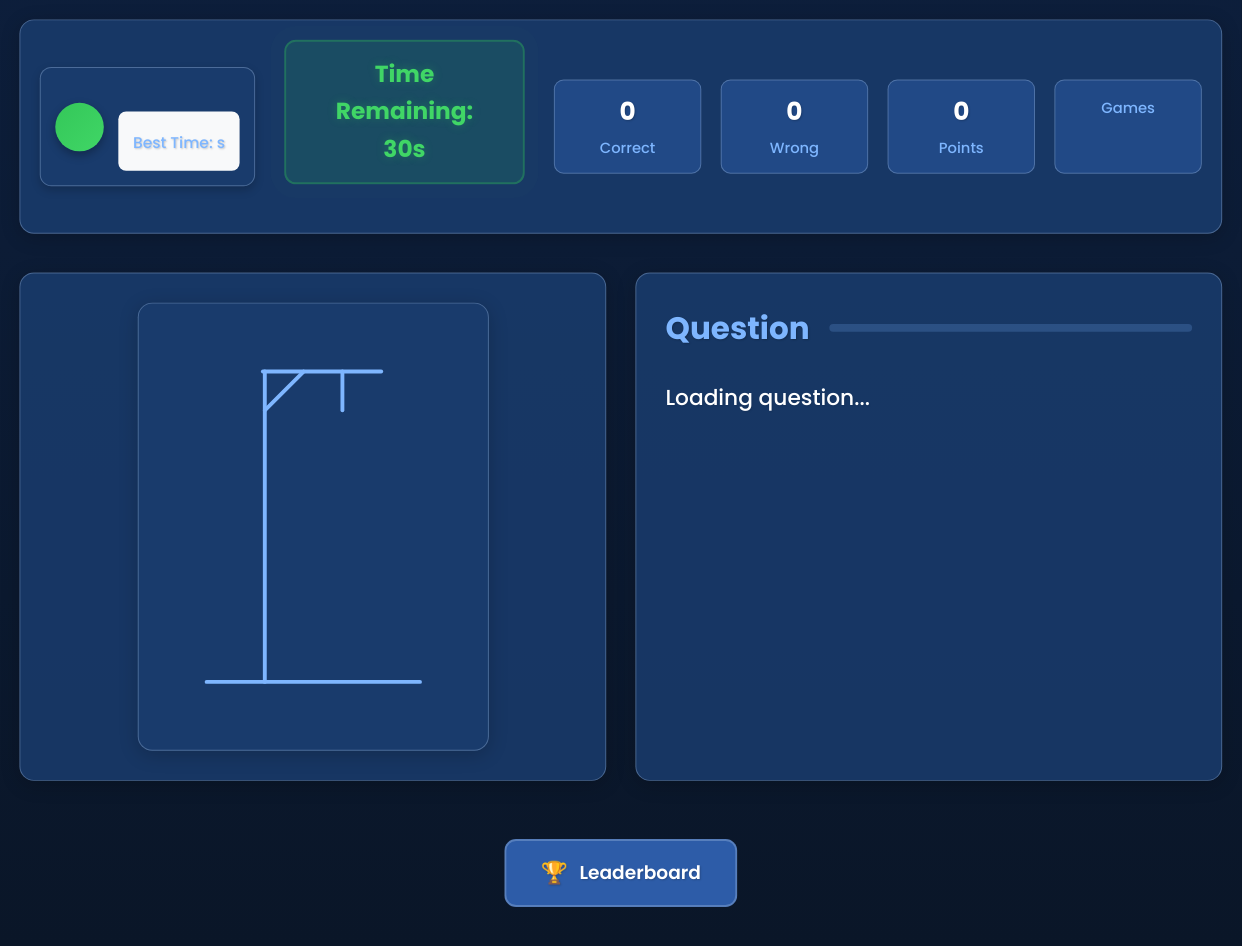
Repository: Team-4i/iks
Page: hang/templates/hang/game.html
The author's editor kept a copy of each file at every save. The page is drawn from the files as they stood at one save, then again after the next save.
The browser window is 1280 px wide. The pictures show the whole page, at 97% of full size.
The template is drawn by Django 5.2. The application's start-up code is not run. The template is opened directly, without the code that normally fills it, so the values that code supplies are empty.

Above is the page before, as saved 2025-04-19 04:48:48.
Console error: SyntaxError: Unexpected token ','

After the next save:
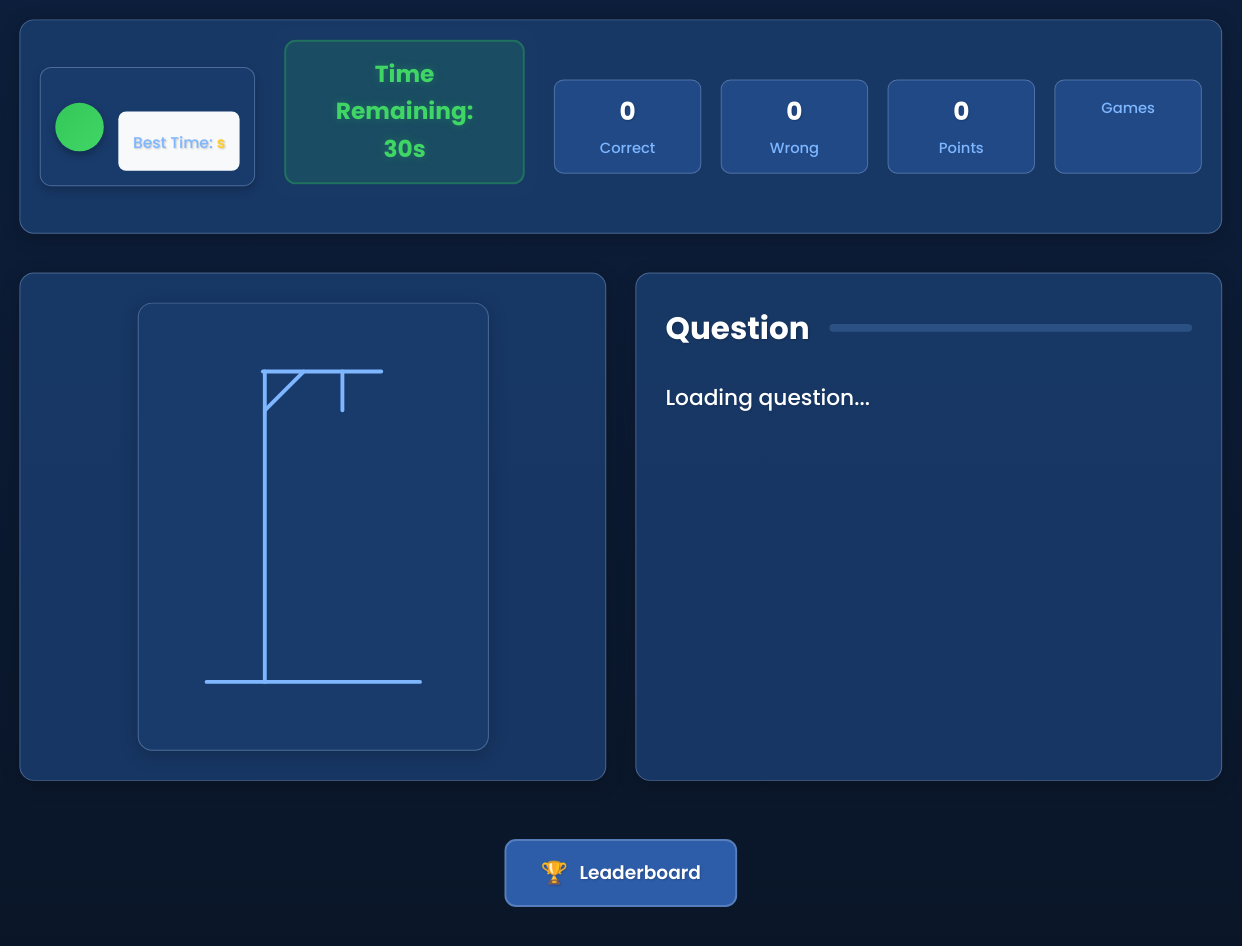
Saved 16 s later.
--- a/hang/templates/hang/game.html
+++ b/hang/templates/hang/game.html
@@ -209,6 +209,11 @@
         text-shadow: 1px 1px 2px rgba(0, 0, 0, 0.2);
     }
 
+    .player-info #bestTime {
+        color: #ffcc29;  /* Gold/yellow color for the best time */
+        font-weight: 600;
+    }
+
     .timer-display {
         text-align: center;
     }
@@ -683,6 +688,18 @@
         0% { background-color: #35A257; }
         50% { background-color: #2F7E45; }
         100% { background-color: #35A257; }
+    }
+
+    /* Fix for any potential text visibility issues */
+    .question-text, .question-header h2 {
+        color: var(--text-light);
+        text-shadow: 1px 1px 2px rgba(0, 0, 0, 0.2);
+    }
+
+    .answers-area button {
+        background: var(--stat-bg);
+        border: 1px solid var(--border-color);
+        color: var(--text-light);
     }
     </style>
 
